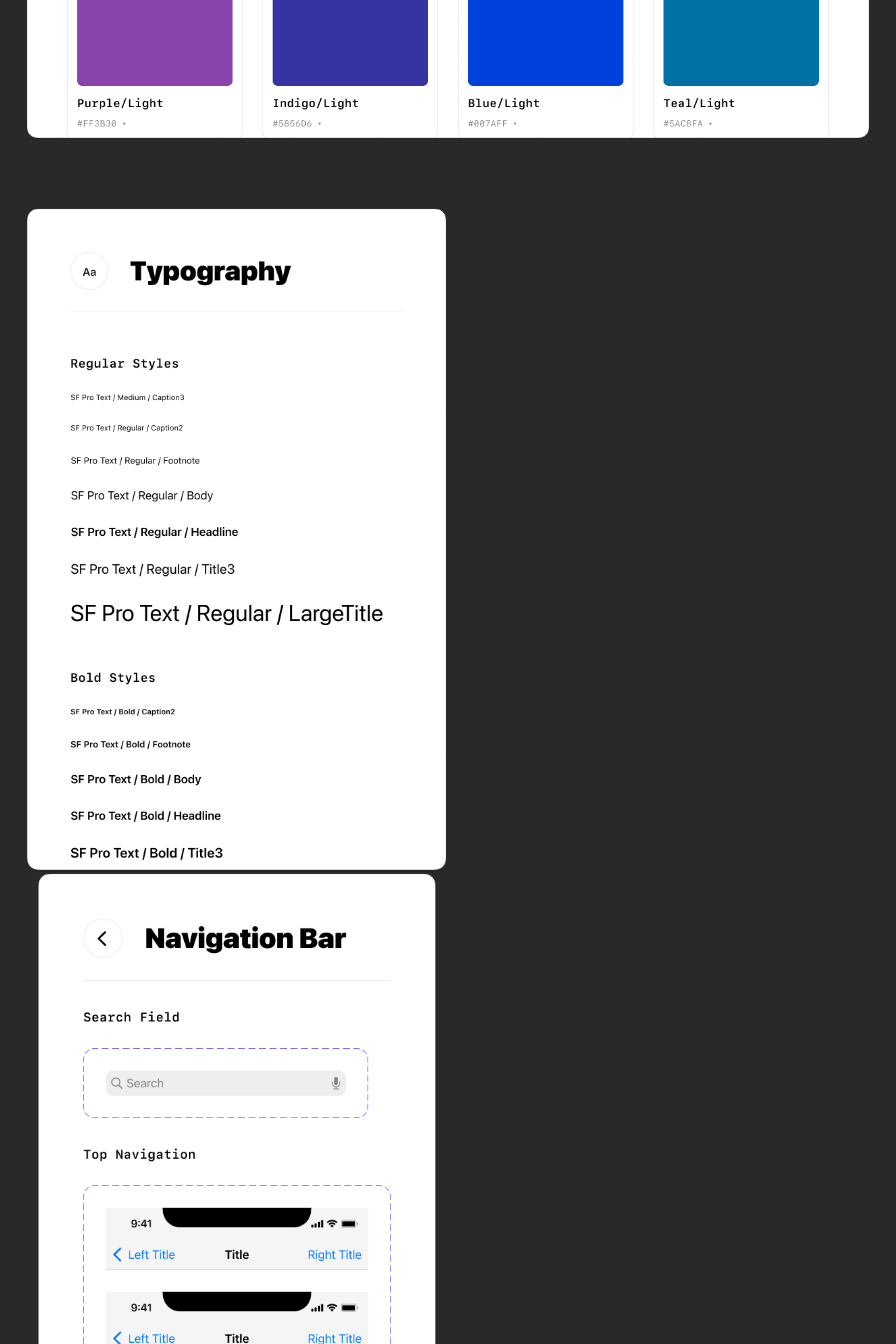
Repository: Realchamithweb/chamith-html
Page: work.html
These files come from the project's save history. The page is drawn as it stood at one moment and after a run of saves; the edit follows.
The browser window is 1280 px wide. The pictures show the part of the page from y = 3596 to 5516 px (the page is 5932 px tall before and 4887 px after), at 70% of full size.

Above is the page before, as saved 2023-01-24 07:56:43.

### work.html
<!doctype html>
<html lang="en">
  <head>
    <!-- Required meta tags -->
    <meta charset="utf-8">
    <meta name="viewport" content="width=device-width, initial-scale=1">
    <link rel="stylesheet" href="/css/style.css">
    <!-- Bootstrap CSS -->
    <link href="https://cdn.jsdelivr.net/npm/bootstrap@5.0.2/dist/css/bootstrap.min.css" rel="stylesheet" integrity="sha384-EVSTQN3/azprG1Anm3QDgpJLIm9Nao0Yz1ztcQTwFspd3yD65VohhpuuCOmLASjC" crossorigin="anonymous">
    <link rel="stylesheet" href="https://fonts.googleapis.com/css?family=Manrope">
    <title>Hello, world!</title>
  </head>
  <body>
    <div class="main">
            <div class="head">
                <nav class="navbar navbar-expand-lg navbar-light bg-dark">
                    <div class="container-fluid">
                        <div class="col-md-1"></div>
                    <a class="navbar-brand col-md-8 text-light" href="/index.html">Navbar</a>
                    <button class="navbar-toggler" type="button" data-bs-toggle="collapse" data-bs-target="#navbarNavDropdown" aria-controls="navbarNavDropdown" aria-expanded="false" aria-label="Toggle navigation">
                        <span class="navbar-toggler-icon"></span>
                    </button>
                    <div class="collapse navbar-collapse" id="navbarNavDropdown">
                        <ul class="navbar-nav">
                        <li class="nav-item">
                            <a class="nav-link active text-light" aria-current="page" href="/index.html">Home</a>
                        </li>
                        <li class="nav-item">
                            <a class="nav-link text-light" href="/work.html">About More</a>
                        </li>
                        <li class="nav-item">
                            <a class="nav-link text-light" href="/contact.html">Contact</a>
                        </li>
                        </ul>
                    </div>
                    </div>
                </nav>
            </div>
            <section>
                <div class="row">
                    <img src="/inc/work-top.png" class="work-hero">
                </div>
            </section>
            <section>
                <div class="row">
                    <div class="container-fluid text-light ms-5 mt-5">
                        <p>My BOOK</p>
                        <h>Online book store for<br>
                            busy readers </h3>
                    </div>
                </div>
                <div class="row p-5">
                        <div class="col-lg-3 text-light">
                            <p>CLIENT</p>
                            <h4>MyBook</h4>
                        </div>
                        <div class="col-lg-3 text-light">
                            <p>ROLE</p>
                            <h4>Product Designer</h4>
                        </div>
                        <div class="col-lg-3 text-light">
                            <p>INDUSTRY</p>
                            <h4>Retail</h4>
                        </div>
                        <div class="col-lg-3 text-light">
                            <p>DURATION</p>
                            <h4>2 Months</h4>
                        </div>
                </div>
            </section>
            <section>
                <div class="row p-5">
                    <div class="col-lg-12 text-light">
                        <p>Defining the Problem</p>
                        <h3>Readers like workers, students, or educators haven't timed or ability to visit a bookstore with their busy schedules.</h3>
                    </div>
                </div>
            </section>
            <section>
                <div class="row p-5">
                    <div class="col-lg-12 text-light">
                        <p>User research: summary</p>
                        <h3>This is the foundational research. User interview was the research method. User segment is people who buying books online at least once a month and age between 18 to 64. Participants are who lives in metropolitan or suburban areas.</h3>
                    </div>
                </div>
            </section>
            <section>
                <div class="row p-5">
                    <div class="col-lg-12 text-light">
                        <p>Digital wireframes</p>
                        <h3>As initial design phase continued, I made sure to base screen design on the feedback and findings from the user research.</h3>
                    </div>
                </div>
            </section>
            <section>
                <div class="row p-5">
                    <div class="col-lg-4 mx-auto">
                        <img src="/inc/Cart.png" class="img-fluid mx-auto d-block text-center">
                    </div>
                    <div class="col-lg-4 mx-auto">
                        <img src="/inc/Search.png" class="img-fluid mx-auto d-block text-center">
                    </div>
                    <div class="col-lg-4 mx-auto">
                        <img src="/inc/Account.png" class="img-fluid mx-auto d-block text-center">
                    </div>
                </div>
            </section>
            <section>
                <div class="row">
                    <div class="col-lg-12 text-light p-5">
                        <p class="ms-5 ps-5">Style Guide</p>
                        <img src="/inc/Colors.png" class="img-fluid mx-auto d-block text-center">
                    </div>
                </div>
            </section>
            <section>
                <div class="row">
                    <div class="col-lg-12 text-light p-5">
                        <div class="col-lg-6">
                            <img src="/inc/Typography.png" class="img-fluid mx-auto d-block text-center">
                        </div>
                        <div class="col-lg-6">
                            <img src="/inc/NavigationBar.png" class="img-fluid mx-auto d-block text-center">
                        </div>
                    </div>
                </div>
            </section>
            <section>
              <div class="footer">
                  <div class="container-fluid">
                      <div class="row">
                          <hr class="text-light">
                          <div class="col-lg-4 text-center text-light mb-3">Made by Chamith — Copyright 2022</div>
                          <div class="col-lg-4 mb-3"></div>
                          <div class="col-lg-4 mb-3"><img src="/inc/Icons.png" class="img02"></div>
                      </div>
                  </div>
              </div>
          </section>

  </div>


    <!-- Optional JavaScript; choose one of the two! -->

    <!-- Option 1: Bootstrap Bundle with Popper -->
    <script src="https://cdn.jsdelivr.net/npm/bootstrap@5.0.2/dist/js/bootstrap.bundle.min.js" integrity="sha384-MrcW6ZMFYlzcLA8Nl+NtUVF0sA7MsXsP1UyJoMp4YLEuNSfAP+JcXn/tWtIaxVXM" crossorigin="anonymous"></script>

    <!-- Option 2: Separate Popper and Bootstrap JS -->
    <!--
    <script src="https://cdn.jsdelivr.net/npm/@popperjs/core@2.9.2/dist/umd/popper.min.js" integrity="sha384-IQsoLXl5PILFhosVNubq5LC7Qb9DXgDA9i+tQ8Zj3iwWAwPtgFTxbJ8NT4GN1R8p" crossorigin="anonymous"></script>
    <script src="https://cdn.jsdelivr.net/npm/bootstrap@5.0.2/dist/js/bootstrap.min.js" integrity="sha384-cVKIPhGWiC2Al4u+LWgxfKTRIcfu0JTxR+EQDz/bgldoEyl4H0zUF0QKbrJ0EcQF" crossorigin="anonymous"></script>
    -->
  </body>
</html>

### css/style.css
.main{
    background-color: #292929;
    font-family: 'Manrope', serif;
    overflow-x: hidden;

}
.navbar{
    padding-top: 15px!important;
    padding-bottom: 15px!important;
}
.nav-link{
    font-size: 18px!important;
}
.hero{
    margin-top: 66px;
}

.hero-img{
    margin-top: 3em;
}

.hero-title{
    font-style: normal;
    font-weight: 400;
    font-size: 54px;
    line-height: 64px;
    margin-left: 96px;
}

.hero-text{
    font-style: normal;
    font-weight: 400;
    font-size: 20px;
    line-height: 30px;
    margin-left: 96px;
}

.hero-btn{
    margin-left: 96px;
}

.work-img:hover img{
        opacity: 0.5;
}

.work-img {
    position: relative;
  }

  .bg-color
  .work-img img {
    width: 100%;
    opacity: 1;
    transition: opacity 0.5s;
  }
.work-img .text {
    position: absolute;
    top: 50%;
    left: 50%;
    transform: translate(-50%, -50%);
    text-align: center;
    color: white;
  }

  .work-hero{
    width: 1440px;
    height: 640px;
    left: 0px;
    top: 0px;
  }
/*
.hero-title{
    position: absolute;
    width: 824px;
    height: 192px;
    left: 96px;
    top: 240px;

    font-family: 'Inter';
    font-style: normal;
    font-weight: 400;
    font-size: 54px;
    line-height: 64px;
    color: #000000;
}

.hero-text{
    position: absolute;
    width: 824px;
    height: 90px;
    left: 96px;
    top: 456px;

    font-family: 'Inter';
    font-style: normal;
    font-weight: 400;
    font-size: 20px;
    line-height: 30px;
    /* or 150% */
    /* color: #000000
}

.hero-btn{
    box-sizing: border-box;
    position: absolute;
    width: 341.57px;
    height: 57px;
    left: 96px;
    top: 634px;

    background: #FFFFFF;
    border: 1px solid #000000;
    border-radius: 4px;
}

.f-row{
    display: flex;
    flex-direction: row;
    justify-content: center;
    align-items: center;
    padding: 8px;
    gap: 32px;

    position: absolute;
    height: 48px;
    left: 96px;
    top: 836px;
}

.img00{
    display: flex;
    flex-direction: row;
    justify-content: center;
    align-items: center;
    padding: 8px;
    gap: 32px;

    position: absolute;
    width: 198px;
    height: 48px;
    left: 96px;
    top: 836px;

}

.img01{
    position: absolute;
    width: 612px;
    height: 888px;
    left: 96px;
    top: 964px;
    border-radius: 4px;
}

.img01:hover{
    background: linear-gradient(0deg, rgba(0, 0, 0, 0.6), rgba(0, 0, 0, 0.6)), url("/inc/Bookstore.png"), #292929;
}

.img02{
    position: absolute;
    width: 612px;
    height: 888px;
    left: 732px;
    top: 1102px;

    background: url(3ffea8135910975.Y3JvcCwxMDgwLDg0NCwwLDExNw.png), #292929;
    border-radius: 4px;
}  */

After the next 3 saves:
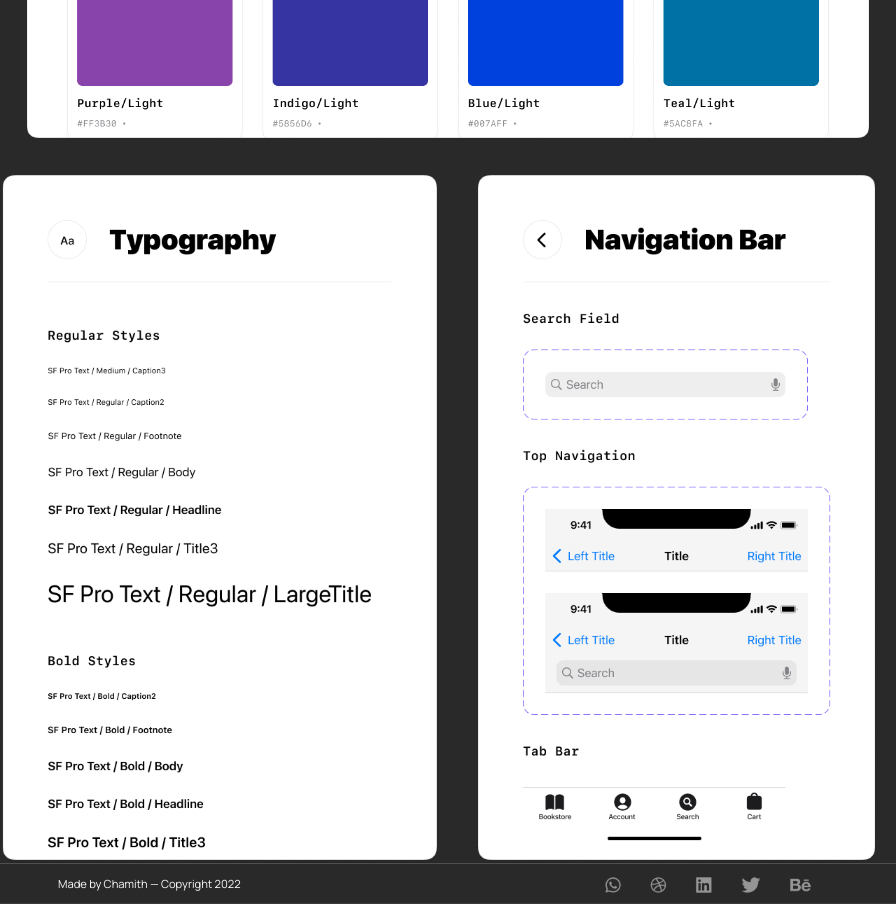
The 3 saves are shown as one change because they came seconds apart.
The last was saved 34 s later.
--- a/work.html
+++ b/work.html
@@ -115,14 +115,12 @@
             </section>
             <section>
                 <div class="row">
-                    <div class="col-lg-12 text-light p-5">
                         <div class="col-lg-6">
                             <img src="/inc/Typography.png" class="img-fluid mx-auto d-block text-center">
                         </div>
                         <div class="col-lg-6">
                             <img src="/inc/NavigationBar.png" class="img-fluid mx-auto d-block text-center">
                         </div>
-                    </div>
                 </div>
             </section>
             <section>
